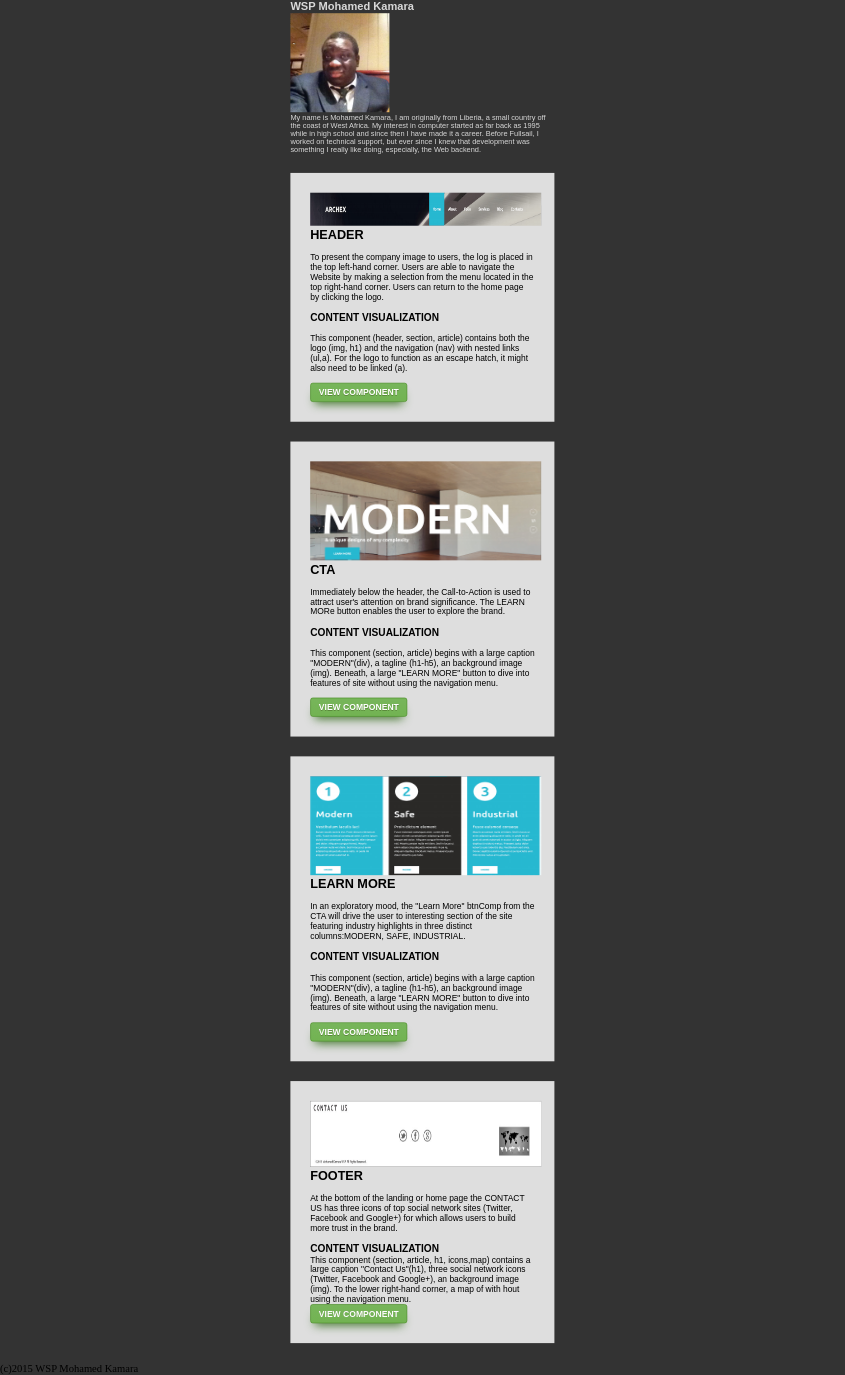
Repository: makamara/WSP_Project
Page: wsp/index.html
These files come from the project's save history. The page is drawn as it stood at one moment and after the next save; the edit follows.
The browser window is 1280 px wide. The pictures show the whole page, at 66% of full size.

Above is the page before, as saved 2015-09-15 23:16:26.

After the next save:
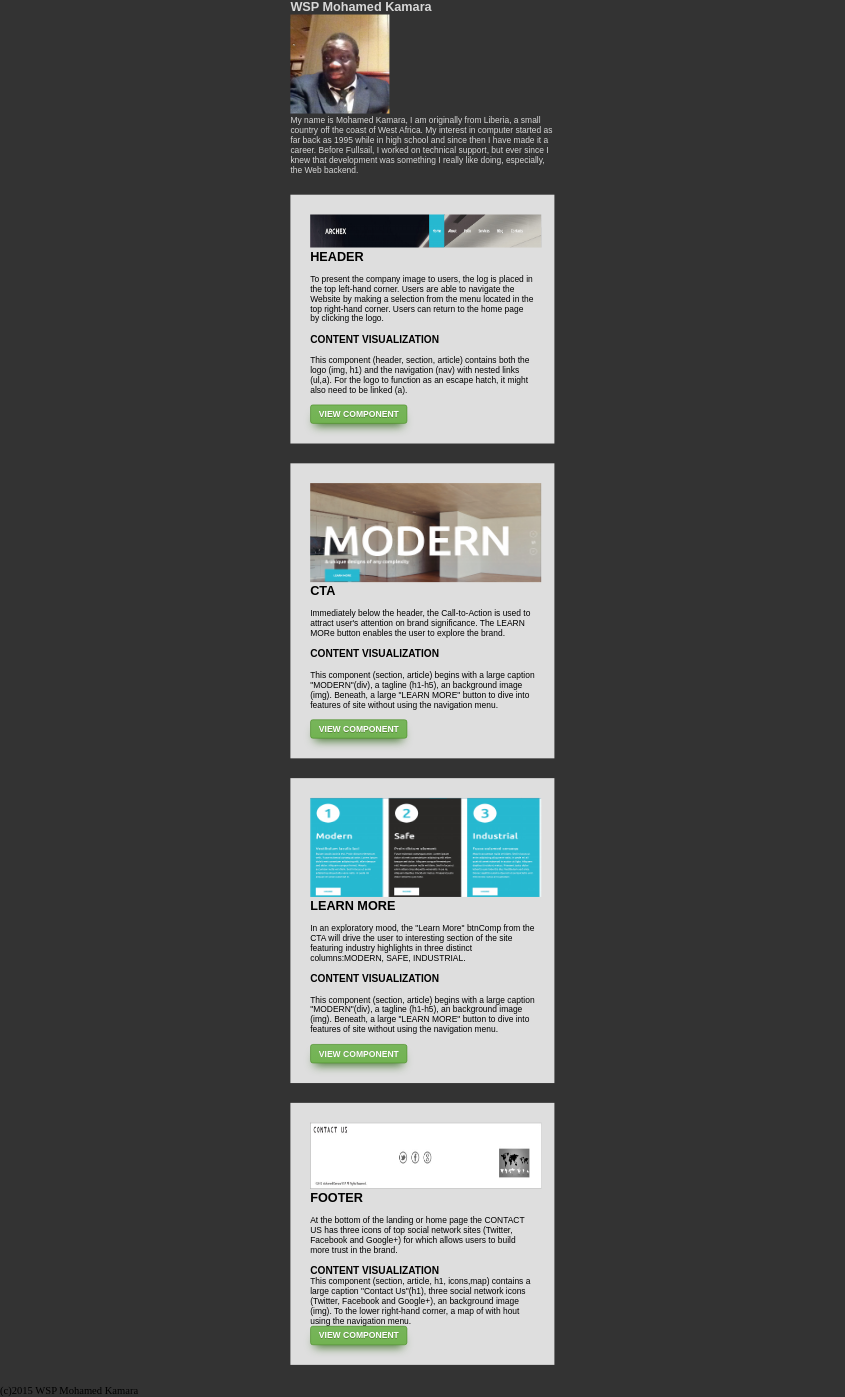
Saved 23 s later.
--- a/wsp/css/main.css
+++ b/wsp/css/main.css
@@ -39,7 +39,7 @@ h3 {
 #about{
 	color:#D8D8D8;
 	font-family:Arial, Helvetica, sans-serif;
-    font-size:0.7em;
+    font-size:0.8em;
 
 }
 
